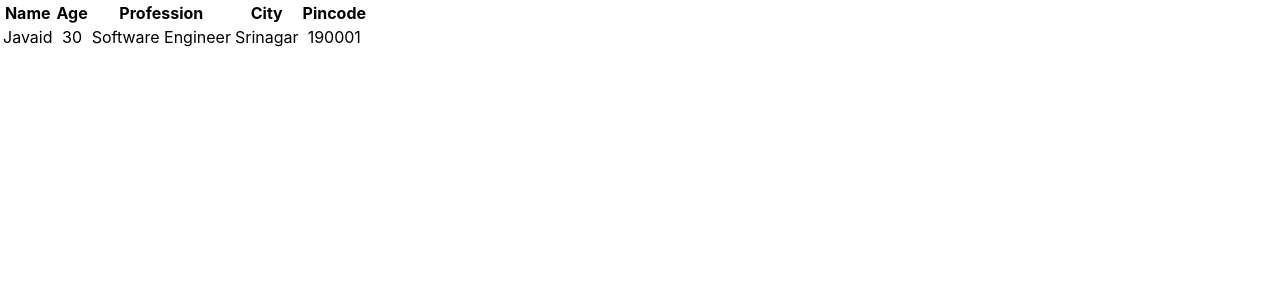
Repository: JavaidAhmadKhan/framer-motion-reacr
Page: /
The author's editor kept a copy of each file at every save. The page is drawn from the files as they stood at one save, then again after a run of saves.
The browser window is 1280 px wide. The pictures show the whole page.
The project was rebuilt for these pictures with package versions that can differ from the ones it lists, and the page was loaded fresh each time.

Above is the page before, as saved 2022-05-19 17:42:48.

### src/App.js
import { Component } from "react";

import "./App.css";
class App extends Component {
  constructor() {
    console.log("constructor");
    super();
    console.log("super");
    this.state = {
      name: "Javaid",
      age: 30,
      profession: "Software Engineer",
      address: {
        city: "Srinagar",
        pincode: "190001",
      },
    };
  }

  render() {
    console.log("render");
    return (
      <div className="App">
        <table>
          <tr>
            <th>Name</th>
            <th>Age</th>
            <th>Profession</th>
            <th>City</th>
            <th>Pincode</th>
          </tr>
          <tr>
            <td>{this.state.name}</td>
            <td>{this.state.age}</td>
            <td>{this.state.profession}</td>
            <td>{this.state.address.city}</td>
            <td>{this.state.address.pincode}</td>
          </tr>
        </table>
      </div>
    );
  }
}

export default App;

Loaded but not shown: public/index.html (common file); src/index.js (common file); src/index.css (common file); src/reportWebVitals.js (common file); src/App.css (common file)

After the next 2 saves:
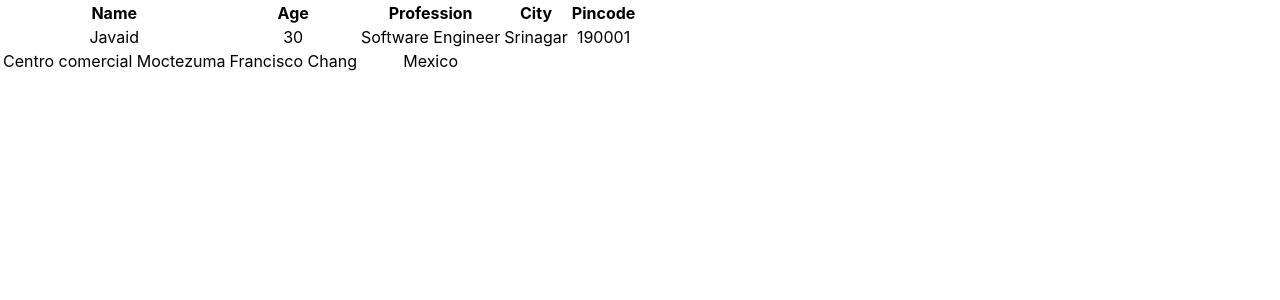
The 2 saves are shown as one change because they came seconds apart.
The last was saved 21 s later.
--- a/src/App.js
+++ b/src/App.js
@@ -36,6 +36,11 @@
             <td>{this.state.address.city}</td>
             <td>{this.state.address.pincode}</td>
           </tr>
+          <tr>
+            <td>Centro comercial Moctezuma</td>
+            <td>Francisco Chang</td>
+            <td>Mexico</td>
+          </tr>
         </table>
       </div>
     );

After the save that followed:
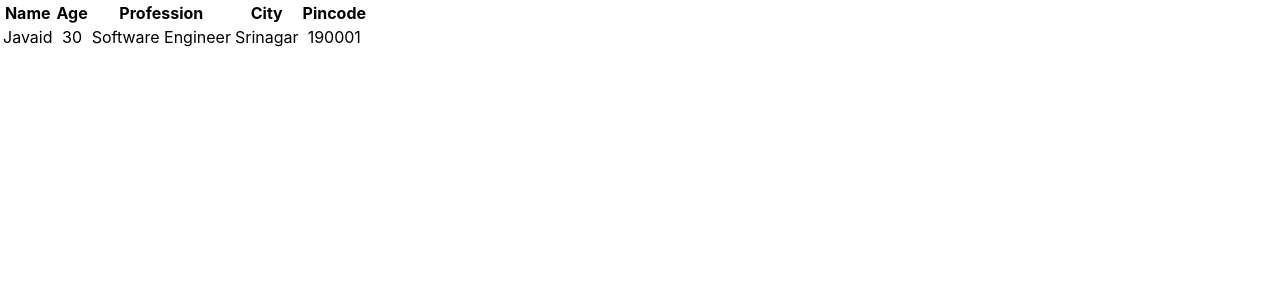
Saved 32 s later.
--- a/src/App.js
+++ b/src/App.js
@@ -36,11 +36,6 @@
             <td>{this.state.address.city}</td>
             <td>{this.state.address.pincode}</td>
           </tr>
-          <tr>
-            <td>Centro comercial Moctezuma</td>
-            <td>Francisco Chang</td>
-            <td>Mexico</td>
-          </tr>
         </table>
       </div>
     );
